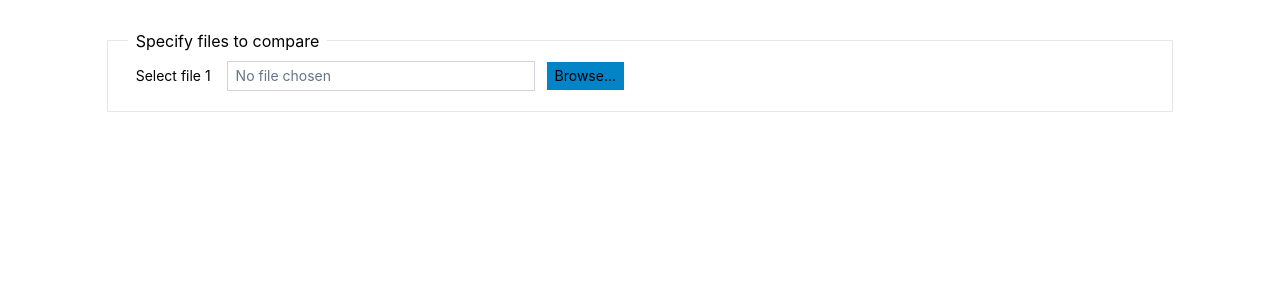
Repository: chionye/paymentology-front
Page: /
The author's editor kept a copy of each file at every save. The page is drawn from the files as they stood at one save, then again after the next save.
The browser window is 1280 px wide. The pictures show the whole page.
The project was rebuilt for these pictures with package versions that can differ from the ones it lists, and the page was loaded fresh each time.

Above is the page before, as saved 2022-03-16 13:17:08.

After the next save:
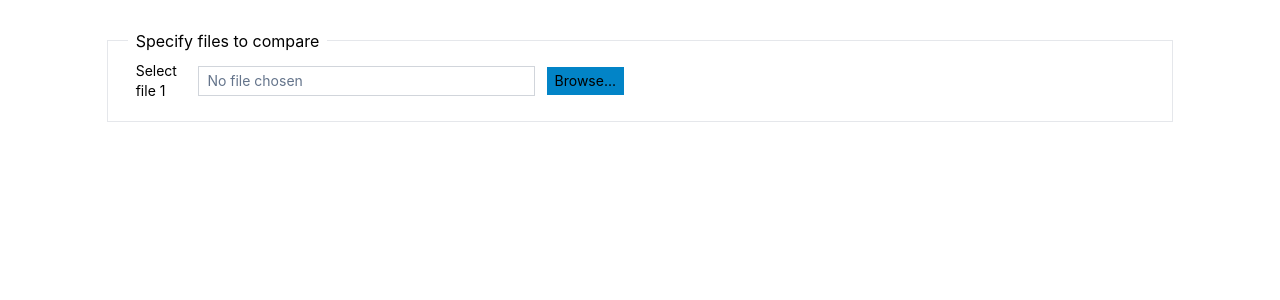
Saved 11 s later.
--- a/src/components/InputFile.js
+++ b/src/components/InputFile.js
@@ -1,7 +1,7 @@
 const InputFile = () => {
     return(
         <div className="flex flex-row w-full md:w-1/2 items-center text-sm my-2 px-4">
-            <label className="w-32">Select file 1</label>
+            <label className="w-auto">Select file 1</label>
 
             <input type="file"
                 className="block w-full mx-3 appearance-none border border-1 border-gray-300 py-1 px-2  text-slate-500
